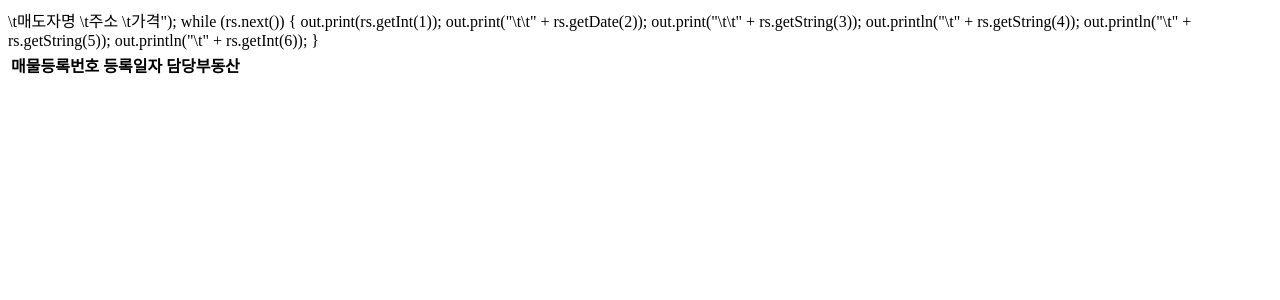
Repository: Leekm0912/2-1_JSP-DB_Project
Page: http://localhost/WebTest/DB/DBTest.jsp
The author's editor kept a copy of each file at every save. The page is drawn from the files as they stood at one save, then again after the next save.
The browser window is 1280 px wide. The pictures show the whole page.
The page is served by Tomcat 9. Other server files are loaded and not shown. Queries for data that is not in the repository find no rows.

Above is the page before, as saved 2020-06-10 01:27:10.

### WebTest/WebContent/DB/DBTest.jsp
<%@ page contentType="text/html; charset=utf-8"%>
<%@ page import="java.sql.*"%>
<%@ page import="java.io.*"%>
<%@ page import="java.sql.CallableStatement"%>
<%
	Connection con = null;
	String url = "jdbc:oracle:thin:@localhost:1521:orcl";
	/* 11g express edition은 orcl 대신 XE를 입력한다. */
	String userid = "MYDB";
	String pwd = "dongsu14";

	try { /* 드라이버를 찾는 과정 */
		Class.forName("oracle.jdbc.driver.OracleDriver");
		System.out.println("드라이버 로드 성공");
	} catch (ClassNotFoundException e) {
		e.printStackTrace();
	}

	try { /* 데이터베이스를 연결하는 과정 */
		System.out.println("데이터베이스 연결 준비 ...");
		con = DriverManager.getConnection(url, userid, pwd);
		System.out.println("데이터베이스 연결 성공");
	} catch (SQLException e) {
		e.printStackTrace();
	}

	String query = "SELECT * FROM 상세매물"; /* SQL 문 */
	try { /* 데이터베이스에 질의 결과를 가져오는 과정 */
		Statement stmt = con.createStatement();
		ResultSet rs = stmt.executeQuery(query);
%>

	<table>
		<th>매물등록번호</th>
		<th>등록일자</th>
		<th>담당부동산</th> \t매도자명 \t주소 \t가격</h1>");
		while (rs.next()) {
			out.print(rs.getInt(1));
			out.print("\t\t" + rs.getDate(2));
			out.print("\t\t" + rs.getString(3));
			out.println("\t" + rs.getString(4));
			out.println("\t" + rs.getString(5));
			out.println("\t" + rs.getInt(6));
		}
<%
		con.close();
	} catch (SQLException e) {
		e.printStackTrace();
}
%>

After the next save:
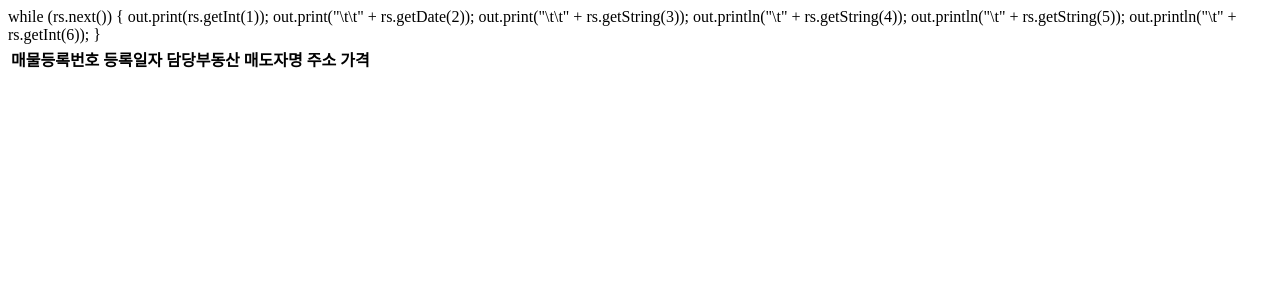
Saved 25 s later.
--- a/WebTest/WebContent/DB/DBTest.jsp
+++ b/WebTest/WebContent/DB/DBTest.jsp
@@ -33,7 +33,10 @@
 	<table>
 		<th>매물등록번호</th>
 		<th>등록일자</th>
-		<th>담당부동산</th> \t매도자명 \t주소 \t가격</h1>");
+		<th>담당부동산</th>
+		<th>매도자명</th>
+		<th>주소</th>
+		<th>가격</th>
 		while (rs.next()) {
 			out.print(rs.getInt(1));
 			out.print("\t\t" + rs.getDate(2));
